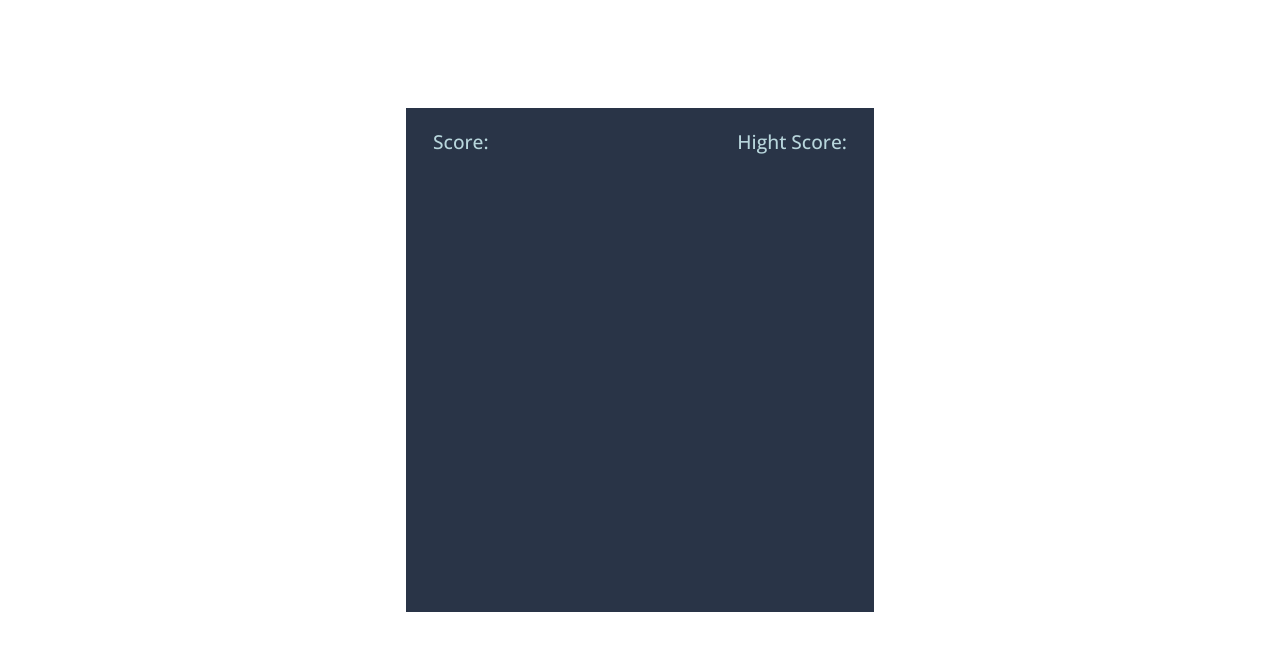
Repository: litaiqiang1407/JS
Page: Snake Game/index.html
These files come from the project's save history. The page is drawn as it stood at one moment and after the next save; the edit follows.
The browser window is 1280 px wide. The pictures show the whole page.

Above is the page before, as saved 2023-05-16 18:30:47.

After the next save:
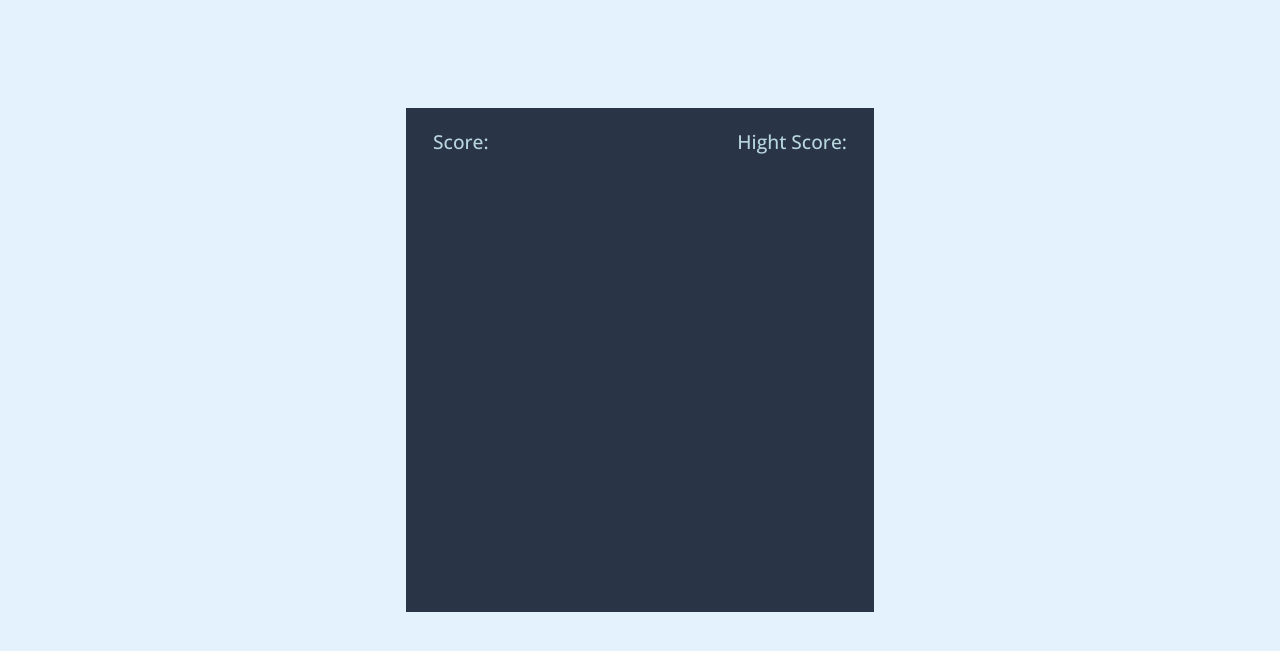
Saved 42 s later.
--- a/Snake Game/style.css
+++ b/Snake Game/style.css
@@ -12,6 +12,7 @@ body {
   justify-content: center;
   align-items: center;
   min-height: 100vh;
+  background: #e3f2fd;
 }
 
 .wrapper {
